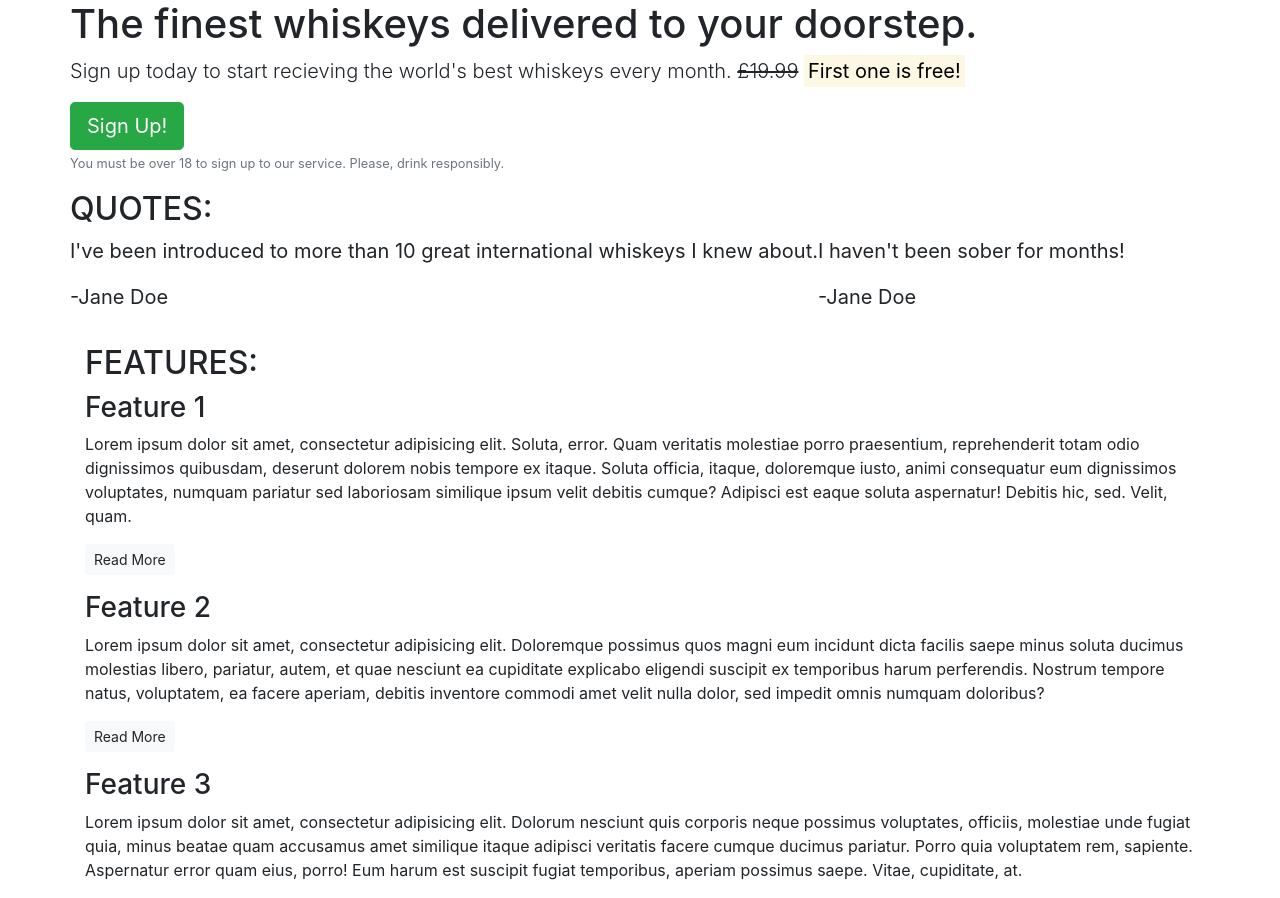
Repository: Leannald13/whiskey-project
Page: index.html
The author's editor kept a record of every edit. The page is drawn from the files as they stood at one moment, then again after the next edit.
The browser window is 1280 px wide. The pictures show the whole page.

Above is the page before.
Console error: TypeError: Cannot read properties of undefined (reading 'fn')

After the next edit:
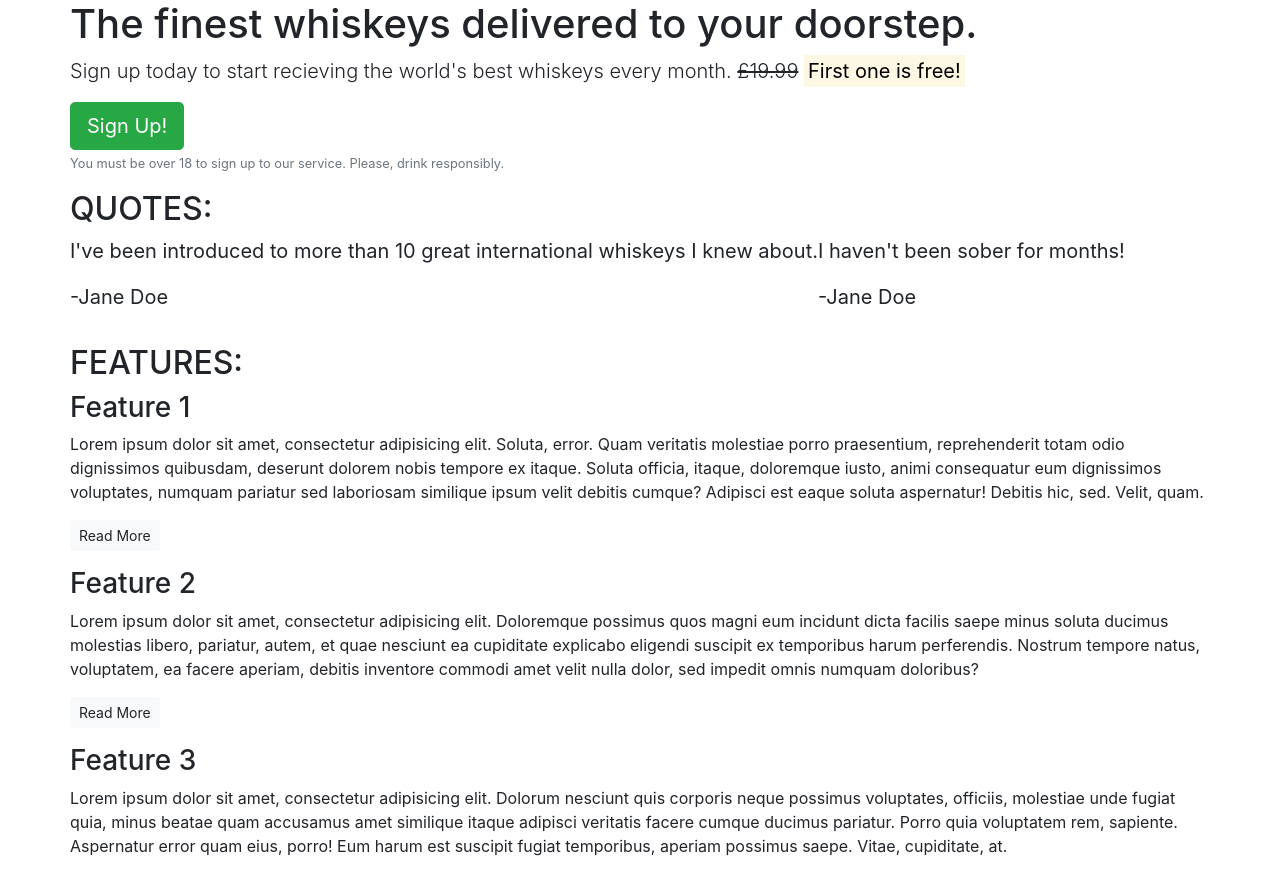
The edit:
--- a/index.html
+++ b/index.html
@@ -37,7 +37,10 @@
             </div>
         </section>
         <section class="features">
+            <div class="row">
             <h2 class="text-uppercase">Features:</h2>
+            </div>
+            <div class="row">
             <div class="feature">
                 <h3>Feature 1</h3>
                 <p>Lorem ipsum dolor sit amet, consectetur adipisicing elit. Soluta, error. Quam veritatis molestiae porro praesentium, reprehenderit totam odio dignissimos quibusdam, deserunt dolorem nobis tempore ex itaque. Soluta officia, itaque, doloremque
